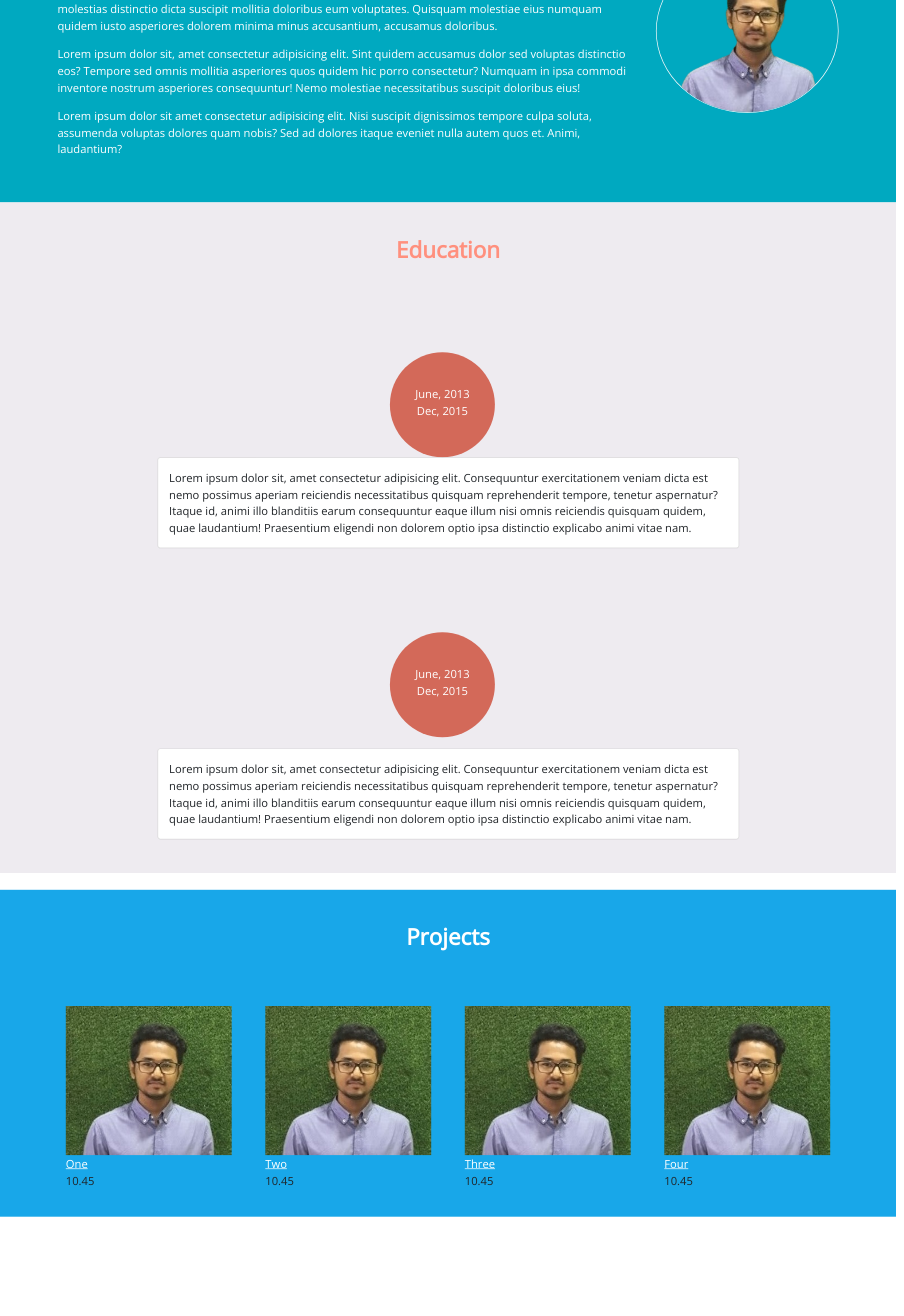
Repository: emowzz/emowzz.github.io
Page: index.html
An editor plug-in stored every save of this project. The page is shown before and after the next save, followed by the edit.
The browser window is 1280 px wide. The page is 1292 px wide, so the pictures cover 1292 px, including what lies to the right of the window. The pictures show the part of the page from y = 953 to 2833 px (the page is 2833 px tall), at 70% of full size.
Some web libraries are served in a nearby version.

Above is the page before, as saved 2021-03-17 23:23:29.

After the next save:
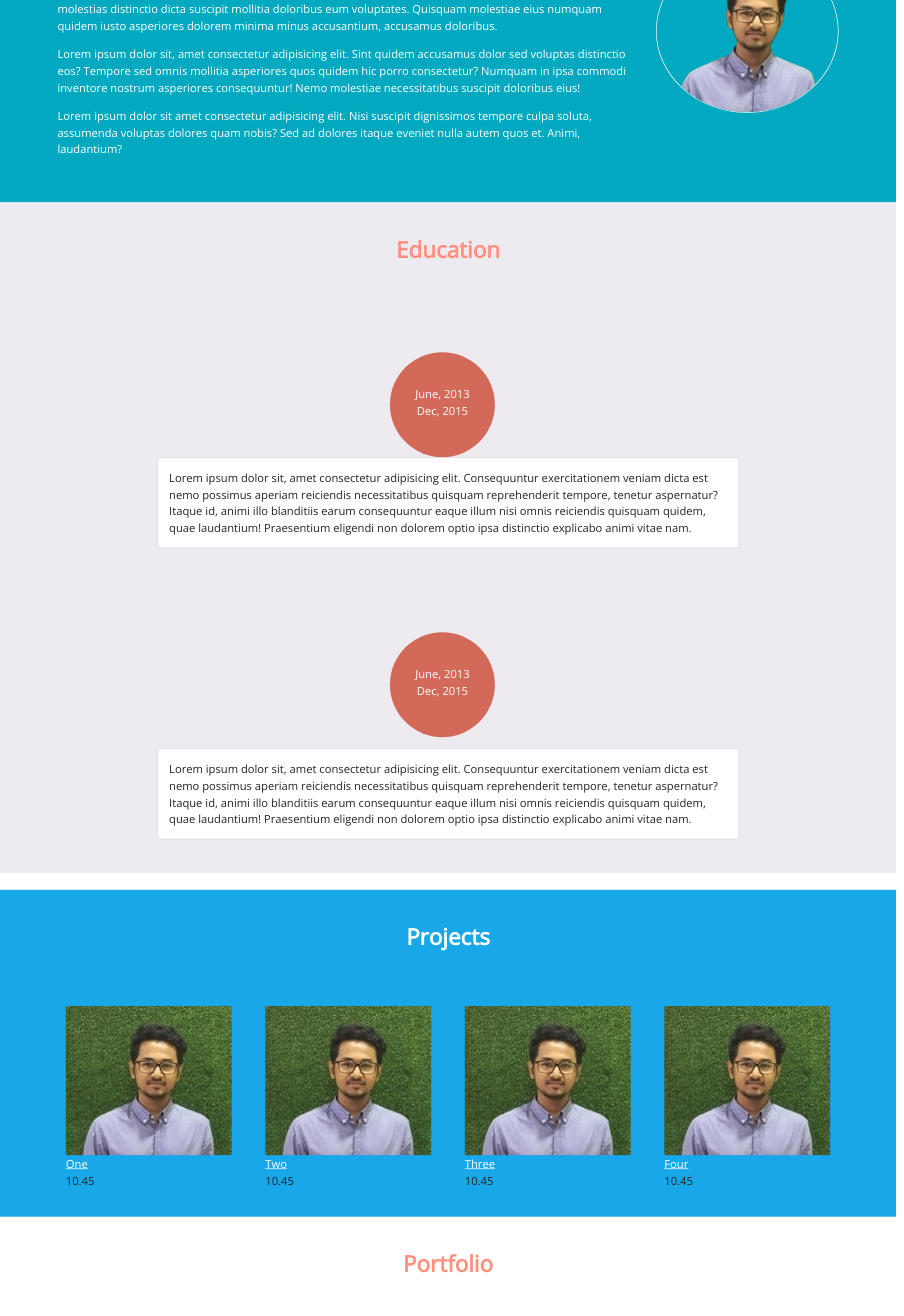
Saved 94 s later.
--- a/index.html
+++ b/index.html
@@ -192,7 +192,7 @@
     <div class="portfolio-container">
       <div class="row text-center">
         <div class="col py-5">
-          <h2 class="text-white fw-bolder bg-redType-color">
+          <h2 class="fw-bolder bg-redType-color">
             Portfolio
           </h2>
         </div>
